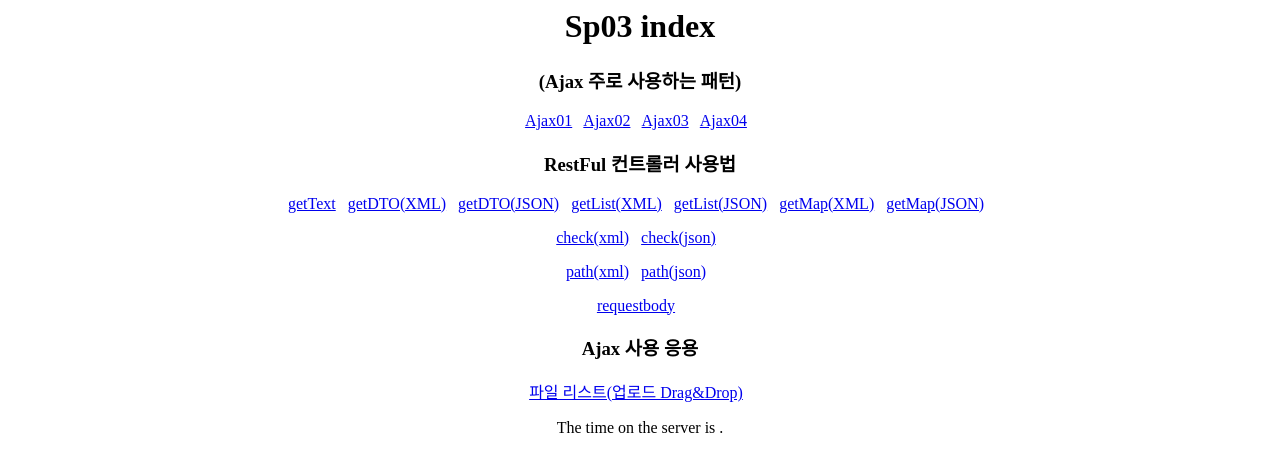
Repository: betweenhj702/Spring-practice-in-bit
Page: http://localhost/Sp03/WEB-INF/views/index.jsp
These files come from the project's save history. The page is drawn as it stood at one moment and after the next save; the edit follows.
The browser window is 1280 px wide. The pictures show the whole page.
The page is served by Tomcat 9. Nobody is signed in. Other server files are loaded and not shown. The template is opened directly, without the code that normally fills it, so the values that code supplies are empty.

Above is the page before, as saved 2021-01-26 03:14:21.

### workspace/Sp03/src/main/webapp/WEB-INF/views/index.jsp
<%@ taglib uri="http://java.sun.com/jsp/jstl/core" prefix="c" %>
<%@ page contentType="text/html; charset=utf-8" %>
<html>
<head>
	<title>Home</title>
</head>
<body>
<div style="text-align:center">
		   <h1>Sp03 index </h1>
		   <h3>(Ajax 주로 사용하는 패턴)</h3>
		   <p>
		   		<a href="ajax/test01.do">Ajax01</a>&nbsp;&nbsp;
		   		<a href="ajax/test02.do">Ajax02</a>&nbsp;&nbsp;
		   		<a href="ajax/test03.do">Ajax03</a>&nbsp;&nbsp;
		   		<a href="ajax/test04.do">Ajax04</a>&nbsp;&nbsp;
		   </p>
		   <p>
		   		<h3>RestFul 컨트롤러 사용법</h3>
		   		<a href="rest/getText">getText</a>&nbsp;&nbsp;
		   		<a href="rest/getAddress">getDTO(XML)</a>&nbsp;&nbsp;
		   		<a href="rest/getAddress.json">getDTO(JSON)</a>&nbsp;&nbsp;
		   		<a href="rest/getList">getList(XML)</a>&nbsp;&nbsp;
		   		<a href="rest/getList.json">getList(JSON)</a>&nbsp;&nbsp;
		   		<a href="rest/getMap">getMap(XML)</a>&nbsp;&nbsp;
		   		<a href="rest/getMap.json">getMap(JSON)</a>&nbsp;&nbsp;
		   </p>
		   <p>
		   		<a href="rest/check?height=170&weight=70">check(xml)</a>&nbsp;&nbsp;
		   		<a href="rest/check.json?height=140&weight=45">check(json)</a>&nbsp;&nbsp;
		   </p>
		   <p>
		   		<a href="rest/product/bag/001">path(xml)</a>&nbsp;&nbsp;
		   		<a href="rest/product/bag/002.json">path(json)</a>&nbsp;&nbsp;
		   </p>
		   <p>
		   		<a href="ajax/requestbody.do">requestbody</a>&nbsp;&nbsp;

		   </p>
		    <p>
		    	<h3>Ajax 사용 응용</h3>
		   		<a href="file/list.do">파일 리스트(업로드 Drag&Drop)</a>&nbsp;&nbsp;

		   </p>
		   <P>  The time on the server is ${serverTime}. </P>
</div>



</body>
</html>

After the next save:
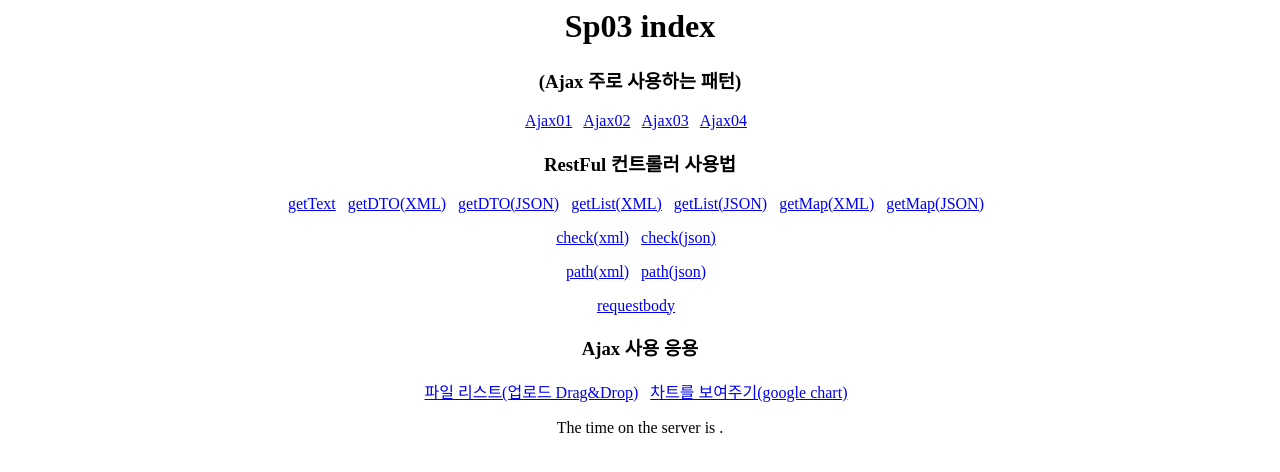
Saved 76 s later.
--- a/workspace/Sp03/src/main/webapp/WEB-INF/views/index.jsp
+++ b/workspace/Sp03/src/main/webapp/WEB-INF/views/index.jsp
@@ -39,7 +39,7 @@
 		    <p>
 		    	<h3>Ajax 사용 응용</h3>
 		   		<a href="file/list.do">파일 리스트(업로드 Drag&Drop)</a>&nbsp;&nbsp;
-
+		   		<a href="file/list.do">차트를 보여주기(google chart)</a>&nbsp;&nbsp;
 		   </p>
 		   <P>  The time on the server is ${serverTime}. </P>
 </div>
